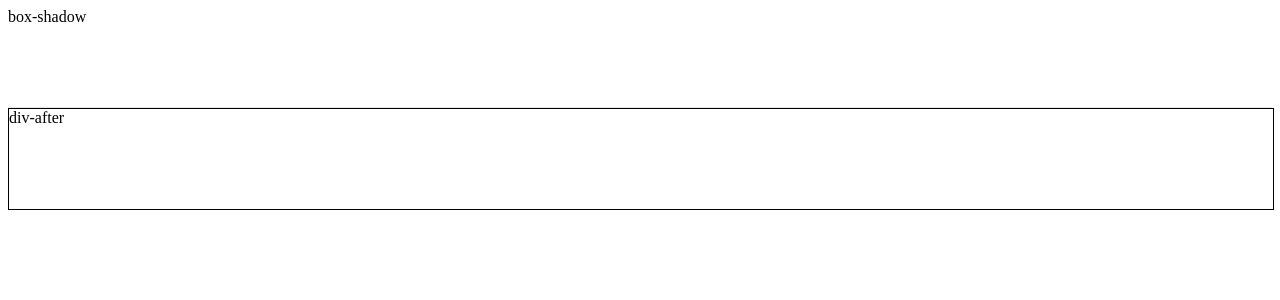
Repository: LumiereXyloto/javascript-data-structure
Page: 实现指定效果/1px.html
An editor plug-in stored every save of this project. The page is shown before and after the next save, followed by the edit.
The browser window is 1280 px wide. The pictures show the whole page.

Above is the page before, as saved 2020-02-24 22:57:35.

After the next save:
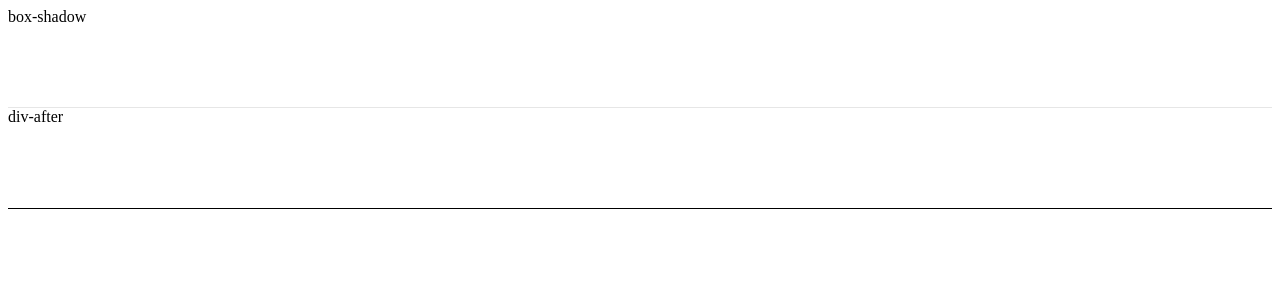
Saved 12 s later.
--- a/实现指定效果/1px.html
+++ b/实现指定效果/1px.html
@@ -13,7 +13,7 @@
       height: 100px;
     }
     .box{
-      border: 1px solid black;
+      border-bottom: 1px solid black;
     }
   </style>
 </head>
